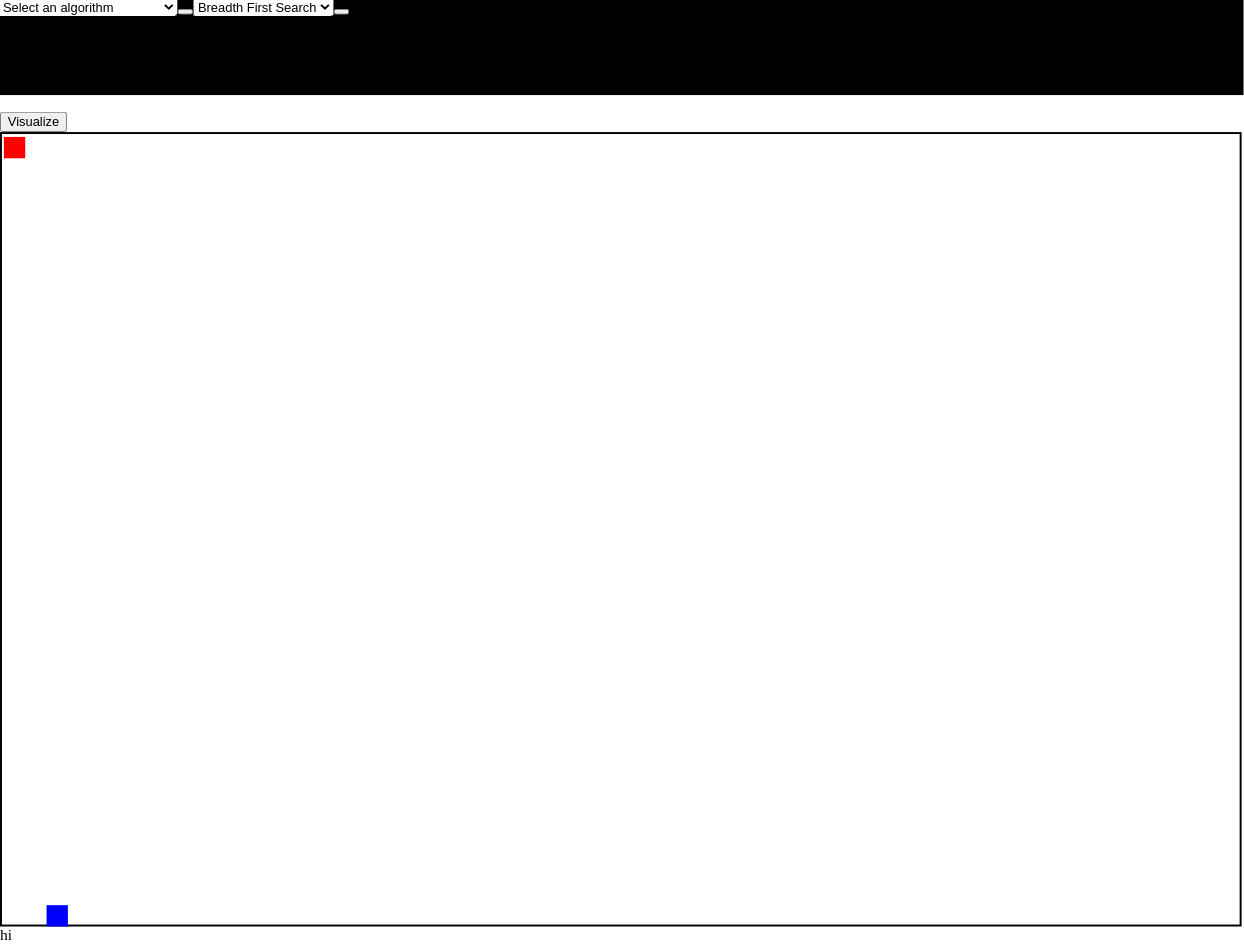
Repository: NikhilJohny/Pathfinding---ReactJS
Page: /
An editor plug-in stored every save of this project. The page is shown before and after the next save, followed by the edit.
The browser window is 1280 px wide. The page is 1282 px wide, so the pictures cover 1282 px, including what lies to the right of the window. The pictures show the whole page, at 97% of full size.
The project was rebuilt for these pictures with package versions that can differ from the ones it lists, and the page was loaded fresh each time.

Above is the page before, as saved 2021-05-17 12:20:45.

After the next save:
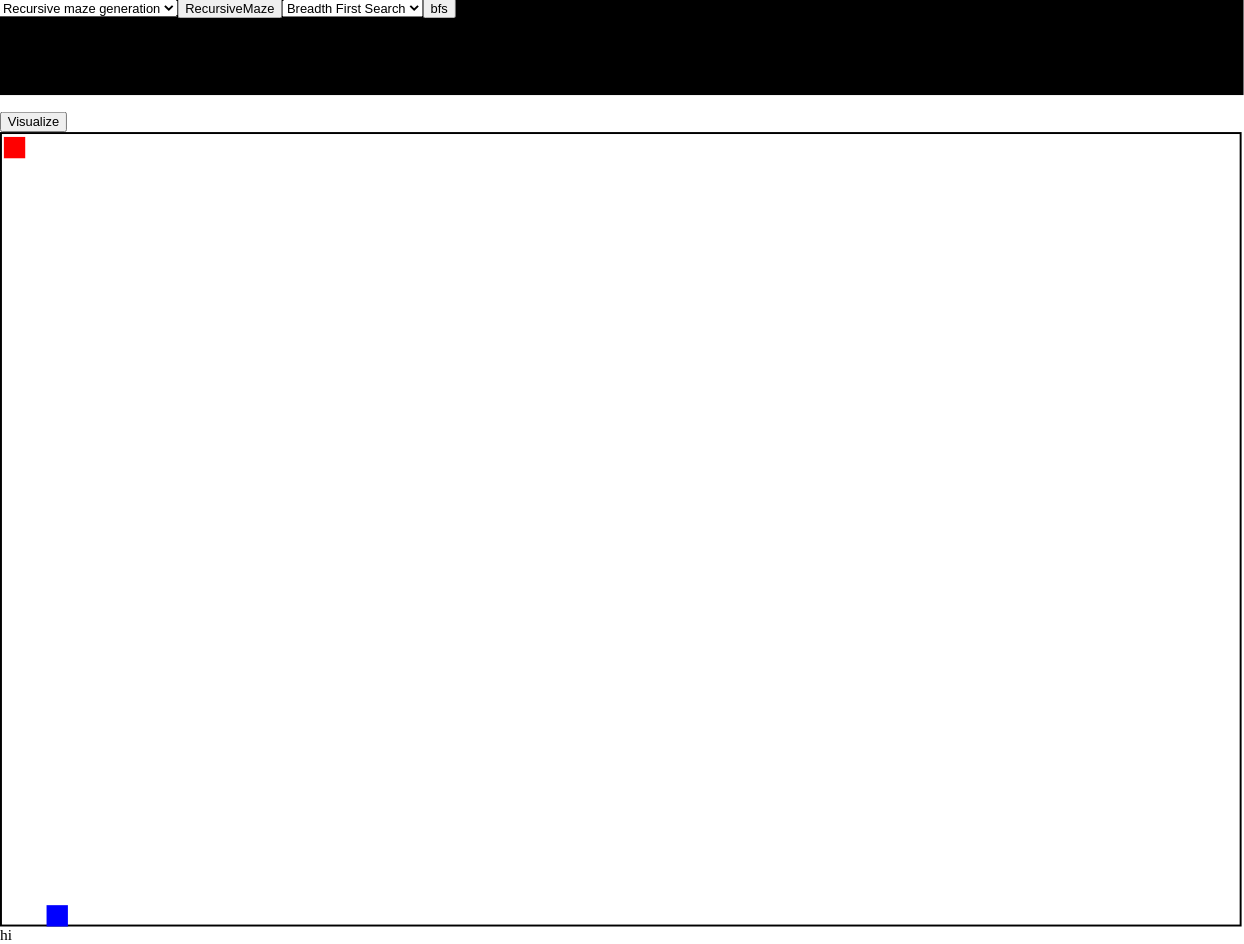
Saved 93 s later.
--- a/src/header.js
+++ b/src/header.js
@@ -6,8 +6,8 @@ export default class Header extends Component{
     constructor(props){
         super(props)
         this.state = {
-            algorithm : null,
-            maze : null,
+            algorithm : 'bfs',
+            maze : 'RecursiveMaze',
         }
     }
     handleMazeChange = (event) => {
